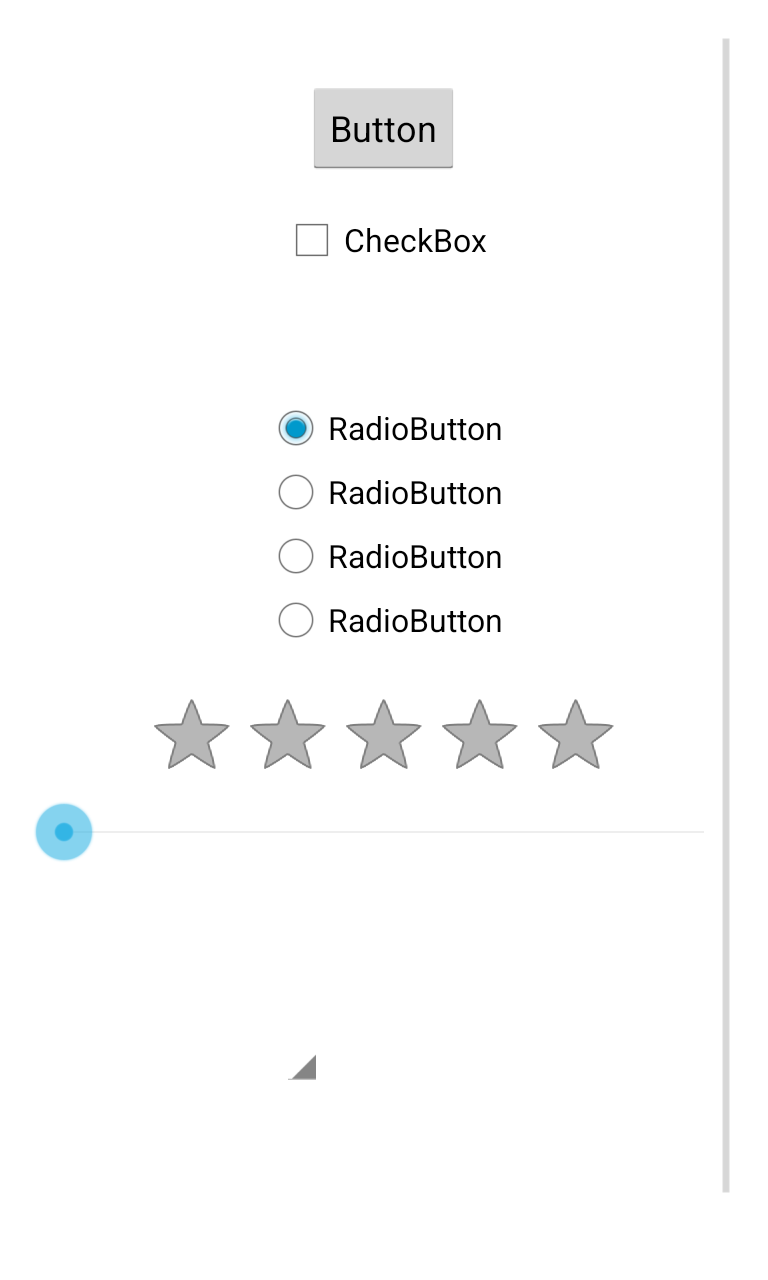
Repository: derspatero/workspace
Layout: WidgetsExample/res/layout/activity_main.xml
An editor plug-in stored every save of this project. The layout is shown before and after the next save, followed by the edit.
It is drawn on a 768 x 1280 px phone screen (xhdpi) without system bars, with theme AppTheme; the app's code is not run.

Above is the layout before, as saved 2014-10-18 18:49:00.

After the next save:
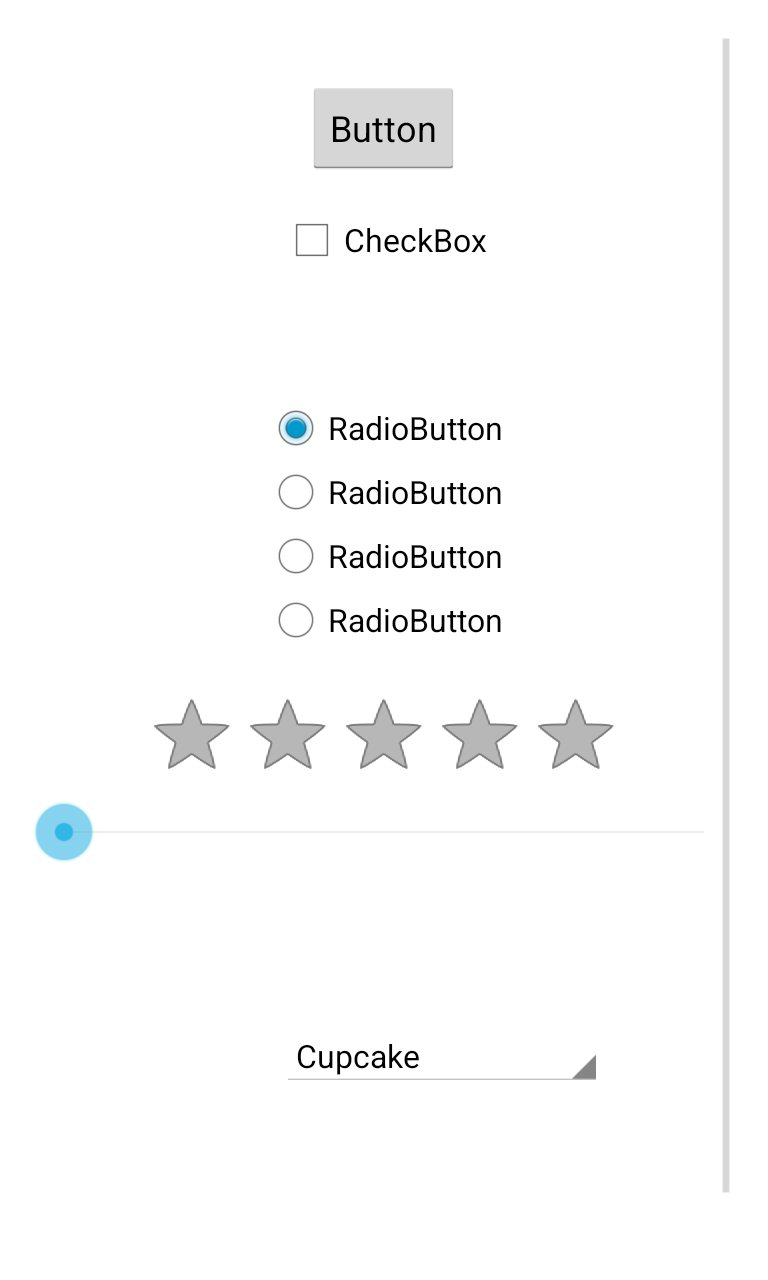
Saved 3 min 56 s later.
--- a/WidgetsExample/res/layout/activity_main.xml
+++ b/WidgetsExample/res/layout/activity_main.xml
@@ -88,7 +88,8 @@
             android:layout_height="wrap_content"
             android:layout_alignLeft="@+id/checkBox1"
             android:layout_below="@+id/seekBar1"
-            android:layout_marginTop="80dp" />
+            android:layout_marginTop="80dp"
+            android:entries="@array/platforms_array" />
 
     </RelativeLayout>
 
